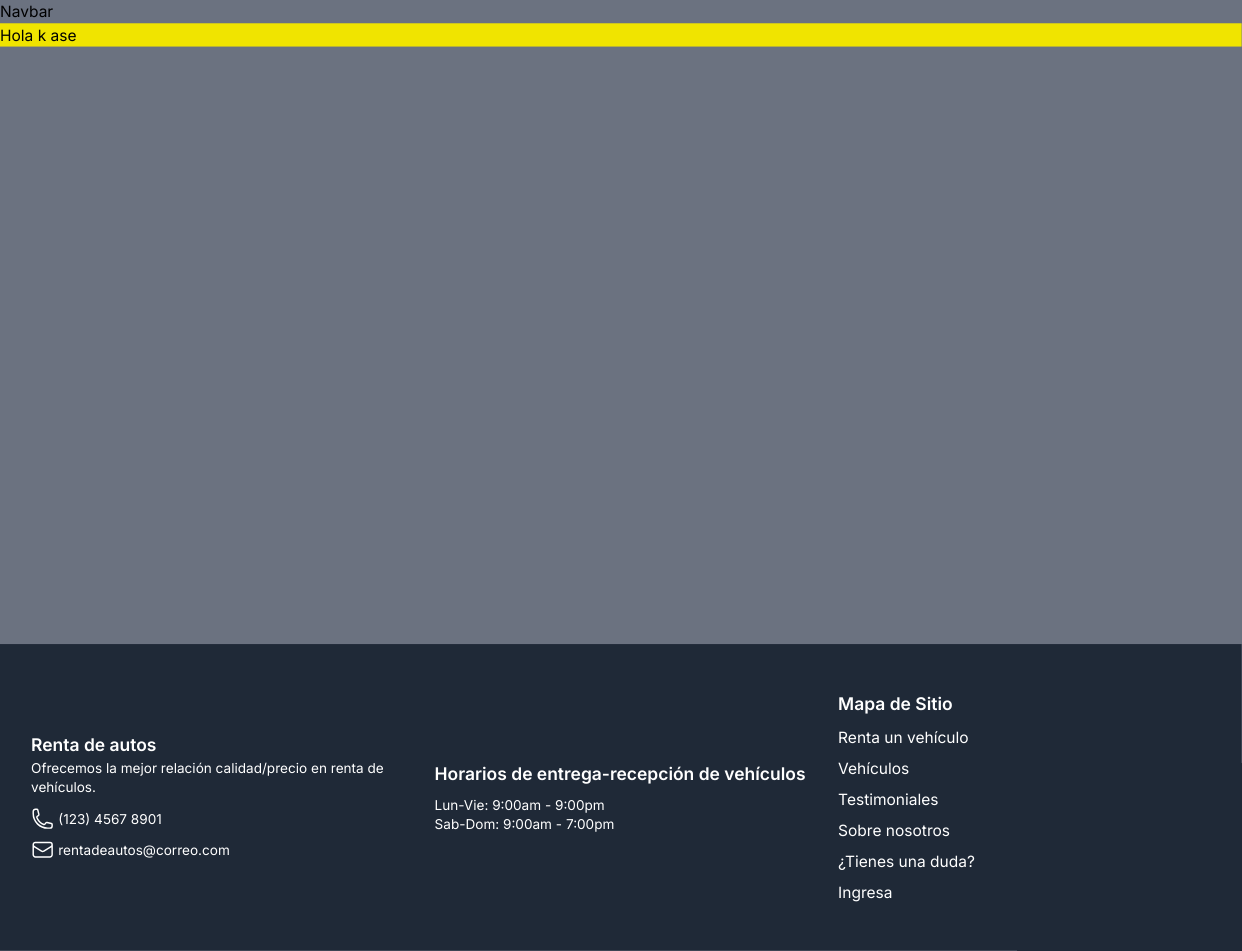
Repository: aldovelacasas/PF_RentCar2
Page: /
The author's editor kept a copy of each file at every save. The page is drawn from the files as they stood at one save, then again after the next save.
The browser window is 1280 px wide. The pictures show the whole page, at 97% of full size.
The project was rebuilt for these pictures with package versions that can differ from the ones it lists, and the page was loaded fresh each time. The framework's server and built-in components were replaced by stand-ins that run in the browser. Also part of the build but not shown: next.config.js.

Above is the page before, as saved 2023-08-30 07:30:16.

After the next save:
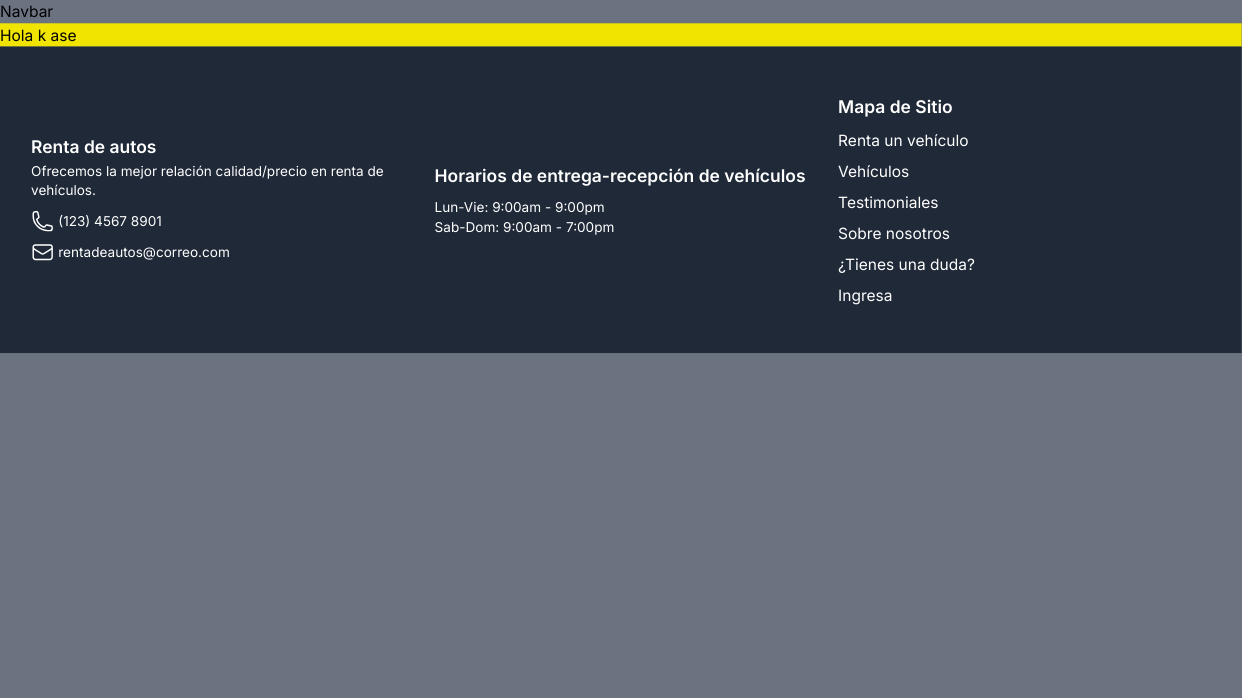
Saved 9 min 53 s later.
--- a/src/app/layout.jsx
+++ b/src/app/layout.jsx
@@ -14,7 +14,7 @@
     <html lang="en">
       <body className={inter.className}>
         <h1>Navbar</h1>
-        <div className="h-[calc(100vh-5rem)]">{children}</div>
+        <div className="">{children}</div>
         <Footer />
       </body>
     </html>

After the save that followed:
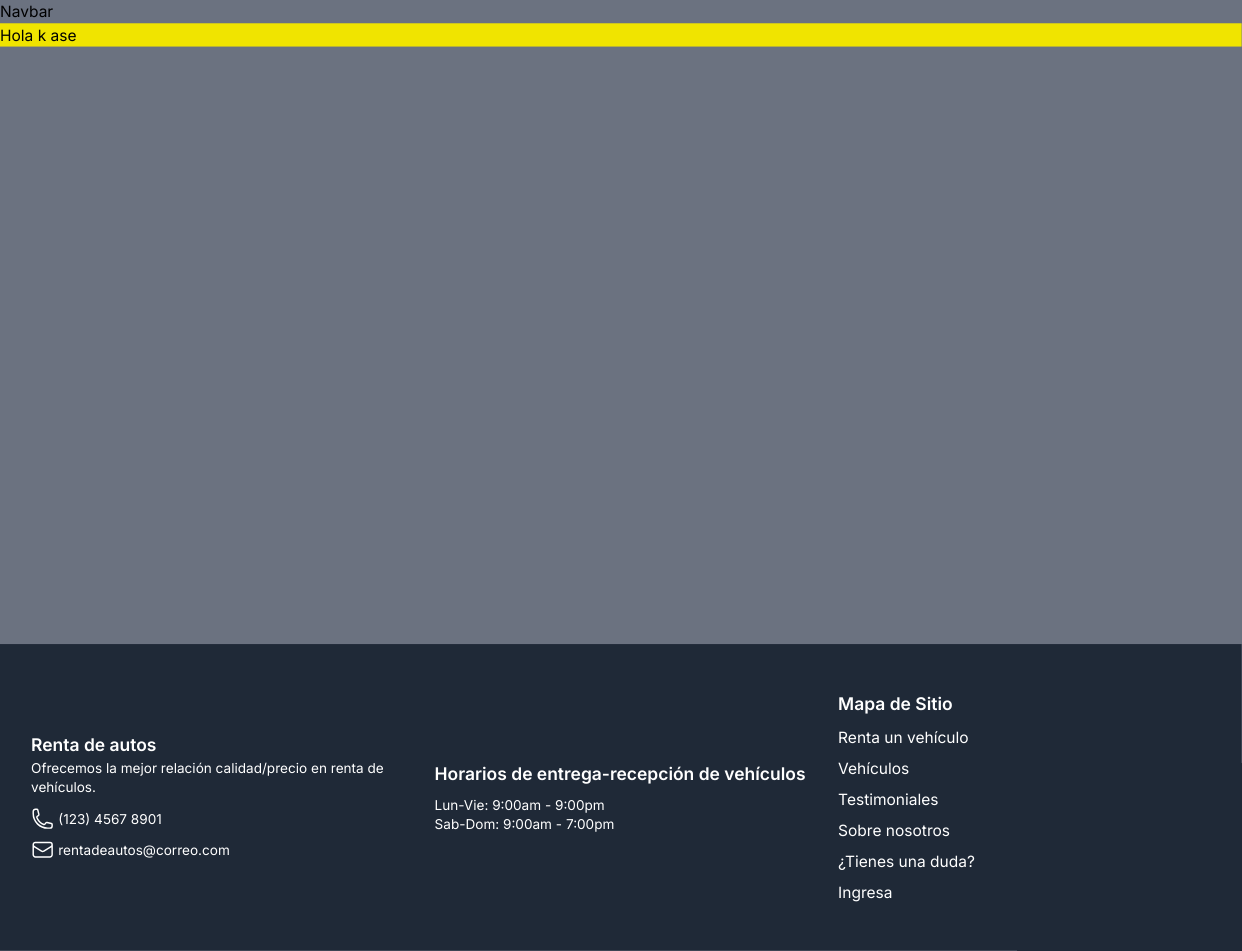
Saved 4 min 10 s later.
--- a/src/app/layout.jsx
+++ b/src/app/layout.jsx
@@ -14,7 +14,7 @@
     <html lang="en">
       <body className={inter.className}>
         <h1>Navbar</h1>
-        <div className="">{children}</div>
+        <div className="h-[calc(100vh-5rem)]">{children}</div>
         <Footer />
       </body>
     </html>
